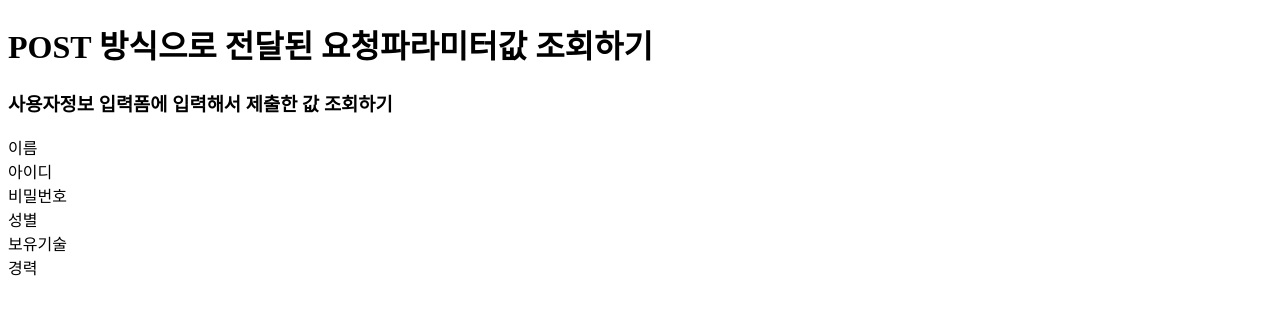
Repository: onuo77/ja_HTA
Page: http://localhost/sample/req/demo4-1.jsp
The author's editor kept a copy of each file at every save. The page is drawn from the files as they stood at one save, then again after a run of saves.
The browser window is 1280 px wide. The pictures show the whole page.
The page is served by Tomcat 9. Other server files are loaded and not shown.

Above is the page before, as saved 2021-05-20 06:31:43.

### java-web/sample/src/main/webapp/req/demo4-1.jsp
<%@ page language="java" contentType="text/html; charset=UTF-8"
    pageEncoding="UTF-8"%>
<!DOCTYPE html>
<html>
<head>
<meta charset="UTF-8">
<title>POST 방식으로 전달받은 요청파라미터값 조회하기</title>
</head>
<body>
	<h1>POST 방식으로 전달된 요청파라미터값 조회하기</h1>

	<h3>사용자정보 입력폼에 입력해서 제출한 값 조회하기</h3>
	<%

	%>
	<dl>
		<dt>이름</dt><dd></dd>
		<dt>아이디</dt><dd></dd>
		<dt>비밀번호</dt><dd></dd>
		<dt>성별</dt><dd></dd>
		<dt>보유기술</dt><dd></dd>
		<dt>경력</dt><dd></dd>
	</dl>
</body>
</html>

After the next 2 saves:
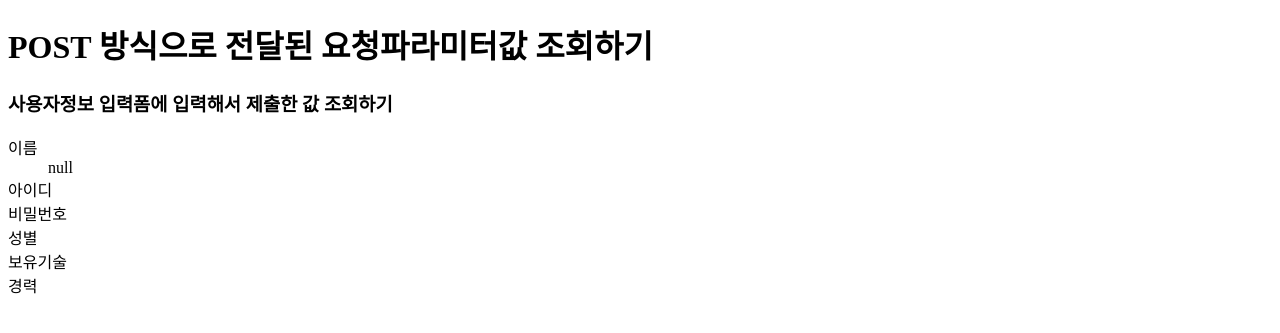
The 2 saves are shown as one change because 1 did not build or start.
The last was saved 6 min 47 s later.
--- a/java-web/sample/src/main/webapp/req/demo4-1.jsp
+++ b/java-web/sample/src/main/webapp/req/demo4-1.jsp
@@ -11,10 +11,15 @@
 
 	<h3>사용자정보 입력폼에 입력해서 제출한 값 조회하기</h3>
 	<%
-
+		String username = request.getParameter("username");
+		String userId = request.getParameter("userid");
+		String password = request.getParameter("userpassword");
+		String gender = request.getParameter("gender");
+		String[] skills = request.getParameterValues("skill");
+		String workingYear = request.getParameter("year");
 	%>
 	<dl>
-		<dt>이름</dt><dd></dd>
+		<dt>이름</dt><dd><%=username %></dd>
 		<dt>아이디</dt><dd></dd>
 		<dt>비밀번호</dt><dd></dd>
 		<dt>성별</dt><dd></dd>
